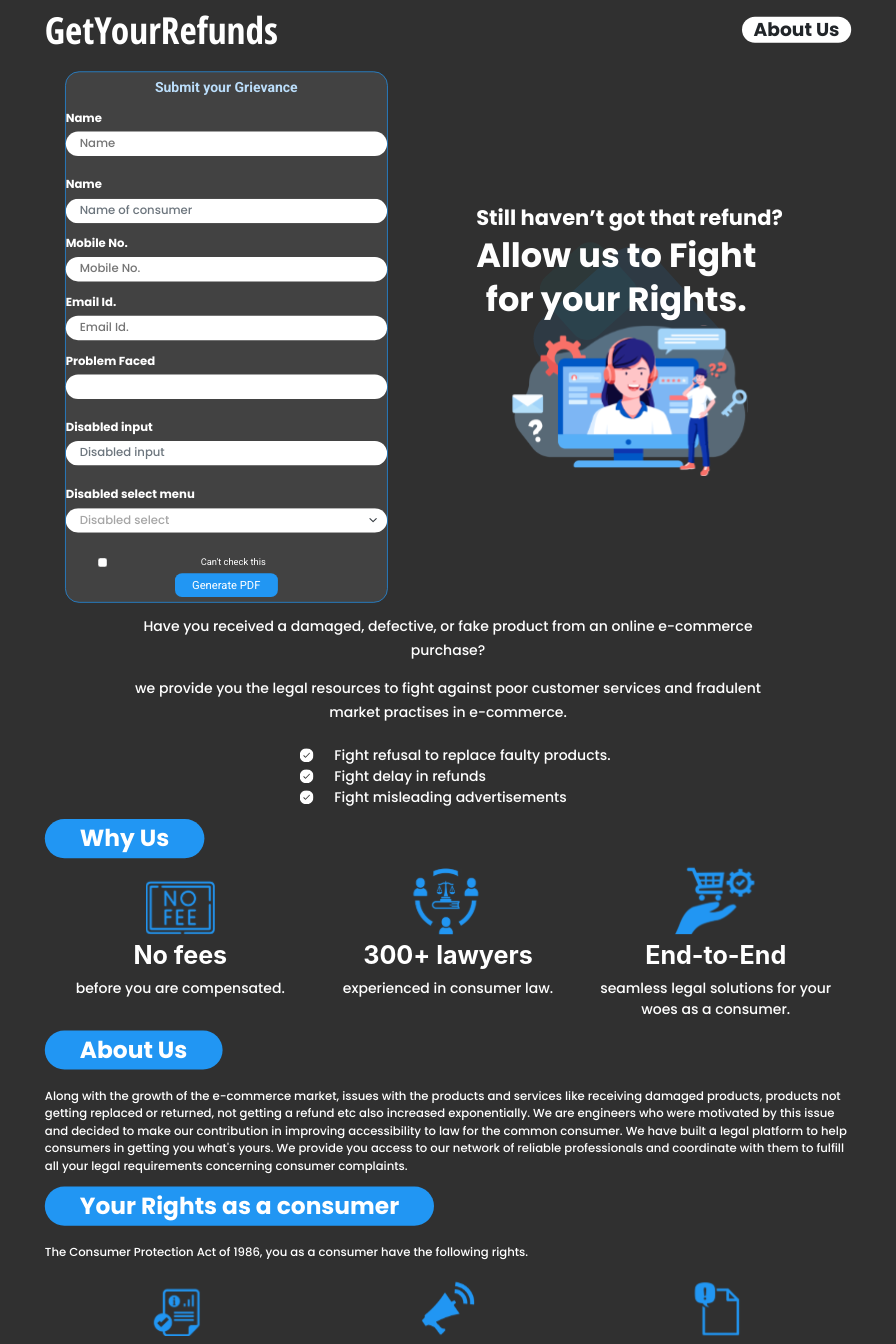
Repository: Eren00Yeager/initial-survey
Page: /consumer-complaints
An editor plug-in stored every save of this project. The page is shown before and after the next save, followed by the edit.
The browser window is 1280 px wide. The pictures show the part of the page from y = 0 to 1920 px (the page is 2980 px tall before and 2992 px after), at 70% of full size.
Some web fonts or font styles are not loaded; a fallback is used. The project was rebuilt for these pictures with package versions that can differ from the ones it lists, and the page was loaded fresh each time. The framework's server and built-in components were replaced by stand-ins that run in the browser. Also part of the build but not shown: next.config.js.

Above is the page before, as saved 2022-07-14 12:07:03.

### pages/consumer-complaints.jsx
import Head from "next/head";
import Image from "next/image";
import consumerStyles from "../styles/consumer.module.css";
import svg from "../pic/mark.svg";
import im from "../pic/i2.svg";
import i1 from "../pic/nofee.svg";
import i2 from "../pic/law.svg";
import i3 from "../pic/end2.svg";
import j1 from "../pic/info.svg";
import j2 from "../pic/heard.svg";
import j3 from "../pic/seek.svg";
import j4 from "../pic/free.svg";
import j5 from "../pic/safe.svg";
import a from "../pic/carrow.svg";
import f from "../pic/foot.svg";
import z1 from "../pic/in.svg";
import z2 from "../pic/tweet.svg";
import z3 from "../pic/mail.svg";
import { Col,Row,Form,Button,Accordion } from 'react-bootstrap';
import { useState,useEffect } from "react";


export default function consumer() {

    const [name, setName] = useState('');
    const [mobile, setMobile] = useState('');
    const [email, setEmail] = useState('');
    const [problem, setProblem] = useState('');
    const [error, seterror] = useState('');
    const [st, setst] = useState(false);
    const emailValidation = () => {
        const regex = /^(([^<>()[\]\.,;:\s@\"]+(\.[^<>()[\]\.,;:\s@\"]+)*)|(\".+\"))@(([^<>()[\]\.,;:\s@\"]+\.)+[^<>()[\]\.,;:\s@\"]{2,})$/i;
        if (!email || regex.test(email) === false) {

            seterror("Email is not valid");

            return false;
        }
        return true;
    }
    const submitHandler = async (e) => {
        e.preventDefault();

        console.log([name, mobile, email, problem])
        if (emailValidation()) {
            try {
                const response = await fetch("/api/consumersheet", {
                    method: "POST",
                    body: JSON.stringify({ name, mobile, email, problem }),
                    headers: {
                        'Content-Type': 'application/json',
                    },
                })
                if (await response.status == 201) {
                    setst(true)
                } else {
                    throw response.json()
                }


            } catch (e) {
                console.log(e)
                alert("There was an error in submitting\nPlease try again")
                setName('');
                setMobile('');
                setEmail('');
                setProblem('');
                setst(false);
            }
        }
    }

    const [windowSize, setWindowSize] = useState({
        width: "",
        height: "",
    });

    useEffect(() => {
        // only execute all the code below in client side
        if (typeof window !== 'undefined') {
            // Handler to call on window resize
            function handleResize() {
                // Set window width/height to state
                setWindowSize({
                    width: window.innerWidth,
                    height: window.innerHeight,
                });
            }

            // Add event listener
            window.addEventListener("resize", handleResize);

            // Call handler right away so state gets updated with initial window size
            handleResize();

            // Remove event listener on cleanup
            return () => window.removeEventListener("resize", handleResize);
        }
    }, []); // Empty array ensures that effect is only run on mount
    function handleScroll() {
        window.scroll({
            top: document.body.offsetHeight,
            left: 0,
            behavior: 'smooth',
        });
    }

    const thnk = (
        <div className={consumerStyles.tnk}>
            <div className={consumerStyles.thank}>Thank you for
                signing up with us.
                We will soon
                reach out to you.</div>
        </div>
    )
    const frm = (
        <Form className={consumerStyles.frm} onSubmit={submitHandler}>
            <div className={consumerStyles.grev}>
                Submit your Grievance
            </div>
            {/* <div className={consumerStyles.details}> */}
                <div className={consumerStyles.det}>
                    <div className={consumerStyles.nam}>Name</div>
                    <input type="text" placeholder="Name" className={consumerStyles.plc} value={name} required onChange={(e) => setName(e.target.value)}></input>
                </div>
                <Form.Group className={consumerStyles.det} controlId="formBasicEmail">
                    <Form.Label className={consumerStyles.nam}>Name</Form.Label>
                    <Form.Control className={consumerStyles.plc} type="text" placeholder="Name of consumer" />
                </Form.Group>
                <div className={consumerStyles.det}>
                    <div className={consumerStyles.nam}>Mobile No.</div>
                    <input type="text" placeholder="Mobile No." pattern="[0-9]{10}" className={consumerStyles.plc} required value={mobile} onChange={(e) => setMobile(e.target.value)}></input>
                </div>
                <div className={consumerStyles.det}>
                    <div className={consumerStyles.nam}>Email Id.</div>
                    <input type="text" placeholder="Email Id." className={consumerStyles.plc} value={email} required onChange={(e) => setEmail(e.target.value)}></input>
                    <div className={consumerStyles.err}>{error}</div>
                </div>
                <div className={consumerStyles.det}>
                    <div className={consumerStyles.nam}>Problem Faced</div>
                    <input type="text" placeholder="" className={consumerStyles.plc} value={problem} required onChange={(e) => setProblem(e.target.value)}></input>
                </div>
                <Form.Group  className={consumerStyles.det}>
        <Form.Label className={consumerStyles.nam}>Disabled input</Form.Label>
        <Form.Control className={consumerStyles.plc} placeholder="Disabled input" />
      </Form.Group>
      <Form.Group className="mb-3">
        <Form.Label className={consumerStyles.nam}>Disabled select menu</Form.Label>
        <Form.Select className={consumerStyles.plc}>
          <option>Disabled select</option>
          <option>dsafjn</option>
          <option>kskjdjnfojn</option>
        </Form.Select>
      </Form.Group>
      <Form.Group className={consumerStyles.terms} >
        <Form.Check type="checkbox" label="Can't check this" />
        <Button variant="primary" className={consumerStyles.sub} >
            Generate PDF
            </Button>
      </Form.Group>

            {/* </div> */}
            {/* <div className={consumerStyles.terms}>
                <input className={consumerStyles.sub} type="submit" value="SUBMIT"></input>
            </div> */}
    </Form>
    )
    return (
        <div className={consumerStyles.s}>
            <Head>
                <title>Consumer Complaints</title>
                <meta name="description" content="" />
                <link rel="icon" href="/favicon.ico" />
                <link href='https://fonts.googleapis.com/css?family=Open Sans Condensed:700' rel='stylesheet'></link>
            </Head>

            <div className={consumerStyles.container}>

                <div className={consumerStyles.head}>
                    <div className={consumerStyles.hd}>
                        GetYourRefunds
                    </div>

                    <div>
                        <a href="#about-us" className={consumerStyles.btn} onClick={handleScroll}>About Us</a>
                    </div>
                </div>
                <div className={consumerStyles.main}>

                    {st ? thnk : frm}
                    <div className={consumerStyles.tct}>
                        <div className={consumerStyles.py} style={windowSize.width > 900 ? {position:"relative",width:"32.552vw"} : {position:"relative",width:"250px"}} >
                            <Image src={im} layout="responsive"/>
                        </div>
                        <div className={consumerStyles.t1}>
                            <div className={consumerStyles.title}>
                                <div className={consumerStyles.title2}>
                                    Still haven’t got that refund?
                                </div>

                                <div className={consumerStyles.title1}>
                                    Allow us to Fight <br></br>for your Rights.
                                </div>
                            </div>
                        </div>

                    </div>

                </div>

                <div className={consumerStyles.fo}>

                    <div className={consumerStyles.mid}>
                        Have you received a damaged, defective, or fake product from an online e-commerce purchase?
                    </div>
                    <div className={consumerStyles.mid}>
                        we provide you the legal resources to fight against
                        poor customer services and fradulent market practises in
                        e-commerce.
                    </div>
                    <div className={consumerStyles.points}>
                        <div>
                            <div className={consumerStyles.p}>
                                <div className={consumerStyles.i}>
                                    <Image src={svg} />
                                </div>
                                <div className={consumerStyles.t}>
                                    Fight refusal to replace faulty products.
                                </div>
                            </div>
                            <div className={consumerStyles.p}>
                                <div className={consumerStyles.i}>
                                    <Image src={svg} />
                                </div>
                                <div className={consumerStyles.t}><div>Fight delay in refunds</div></div>
                            </div>
                            <div className={consumerStyles.p}>
                                <div className={consumerStyles.i}>
                                    <Image src={svg} />
                                </div>
                                <div className={consumerStyles.t}>
                                    Fight misleading advertisements
                                </div>
                            </div>
                        </div>
                    </div>

                </div>
                <div className={consumerStyles.sect}>
                    <div className={consumerStyles.sech}>Why Us</div>
                    <div className={consumerStyles.fwrap}>
                        <div className={consumerStyles.box}>
                            <div className={consumerStyles.bsvg} ><div style={windowSize.width > 900 ? {  width:"7.747vw",position:"relative"}:{  width:"30vw",position:"relative"}}><Image src={i1} layout="responsive"></Image></div></div>
                            <div className={consumerStyles.des}>
                                <span className={consumerStyles.des1}> No fees </span>
                                <span className={consumerStyles.des2}>before you are compensated.</span>
                            </div>
                        </div>
                        <div className={consumerStyles.box}>
                           <div className={consumerStyles.bsvg}> <div style={windowSize.width > 900 ?{ width:"12.240vw",position:"relative"}:{  width:"50vw",position:"relative"}}><Image src={i2} layout="responsive"></Image></div></div>
                            <div className={consumerStyles.des}>
                                <span className={consumerStyles.des1}>300+ lawyers </span>
                                <span className={consumerStyles.des2}>experienced in consumer law. </span>
                            </div>
                        </div>
                        <div className={consumerStyles.box}>
                            <div className={consumerStyles.bsvg}><div style={windowSize.width > 900 ?{ width:"13.477vw",position:"relative"}:{  width:"50vw",position:"relative"}}><Image src={i3} layout="responsive"></Image></div></div>
                            <div className={consumerStyles.des}>
                                <span className={consumerStyles.des1}>End-to-End</span>
                                <span className={consumerStyles.des2}>seamless legal solutions for your woes  as a consumer.</span>
                            </div>
                        </div>
                    </div>
                </div>
                <div className={consumerStyles.sect} id="about-us">
                    <div className={consumerStyles.sech}>About Us</div>
                    <div className={consumerStyles.abt}>Along with the growth of the e-commerce market, issues with the products and services like receiving damaged products, products not getting replaced or returned, not getting a refund etc also increased exponentially.  We are engineers who were motivated by this issue and decided to make our contribution in improving accessibility to law for the common consumer. We have built a legal platform to help consumers in getting you what's yours. We provide you access to our network of reliable professionals and coordinate with them to fulfill all your legal requirements concerning consumer complaints.   </div>
                </div>
                <div className={consumerStyles.sect}>
                    <div className={consumerStyles.sech}>Your Rights as a consumer</div>
                    <div className={consumerStyles.abt}>The Consumer Protection Act of  1986, you as a consumer have the following rights.</div>
                    <div className={consumerStyles.fwrap}>
                        <div className={consumerStyles.box}>
                        <div className={consumerStyles.bsvg} ><div style={windowSize.width > 900 ?{  width:"6.120vw",position:"relative"}:{  width:"30vw",position:"relative"}}><Image src={j1} layout="responsive"></Image></div></div>
                            <div className={consumerStyles.des}>
                                <span className={consumerStyles.des1}> Right to information </span>
                                <span className={consumerStyles.des2}>about the quality of goods and services</span>
                            </div>
                        </div>
                        <div className={consumerStyles.box}>
                        <div className={consumerStyles.bsvg} ><div style={windowSize.width > 900 ?{  width:"9.440vw",position:"relative"}:{  width:"50vw",position:"relative"}}><Image src={j2} layout="responsive"></Image></div></div>
                            <div className={consumerStyles.des}>
                                <span className={consumerStyles.des1}>Right to be heard </span>
                                <span className={consumerStyles.des2}>in matters concerning consumer interest </span>
                            </div>
                        </div>
                        <div className={consumerStyles.box}>
                        <div className={consumerStyles.bsvg} ><div style={windowSize.width > 900 ?{  width:"12.891vw",position:"relative"}:{  width:"70vw",position:"relative"}}><Image src={j3} layout="responsive"></Image></div></div>
                            <div className={consumerStyles.des}>
                                <span className={consumerStyles.des1}>Right to seek redressal</span>
                                <span className={consumerStyles.des2}> when rights are infringed</span>
                            </div>
                        </div>
                        <div className={consumerStyles.box}>
                        <div className={consumerStyles.bsvg} ><div style={windowSize.width > 900 ?{  width:"7.161vw",position:"relative"}:{  width:"30vw",position:"relative"}}><Image src={j4} layout="responsive"></Image></div></div>
                            <div className={consumerStyles.des}>
                                <span className={consumerStyles.des1}>Right to freely choose</span>
                                <span className={consumerStyles.des2}> from goods & services </span>
                            </div>
                        </div>
                        <div className={consumerStyles.box}>
                        <div className={consumerStyles.bsvg} ><div style={windowSize.width > 900 ?{  width:"8.594vw",position:"relative"}:{  width:"40vw",position:"relative"}}><Image src={j5} layout="responsive"></Image></div></div>
                            <div className={consumerStyles.des}>
                                <span className={consumerStyles.des1}>Right to safety</span>
                                <span className={consumerStyles.des2}> from hazardous goods & services</span>
                            </div>
                        </div>
                    </div>
                </div>
                <div className={consumerStyles.sect}>
                    <div className={consumerStyles.sech}>The Process</div>
                    <div className={consumerStyles.proc}>
                        <div className={consumerStyles.pr}>
                            <div className={consumerStyles.pu}>1) Inform us about your problem</div>
                            <div className={consumerStyles.pd}>Our legal advisory team will get in touch with you and collect the details regarding your issue.</div>
                        </div>
                       {windowSize.width > 900 ? <div style={{  width:"3.971vw",position:"relative"}}><Image src={a} layout="responsive"></Image></div> : ""}
                        <div className={consumerStyles.pr}>
                            <div className={consumerStyles.pu}>2) Filing a legal notice</div>
                            <div className={consumerStyles.pd}>Our legal team will then file a legal notice against the seller involved in the issue.</div>
                        </div>
                        {windowSize.width > 900 ? <div style={{  width:"3.971vw",position:"relative"}}><Image src={a} layout="responsive"></Image></div> : ""}
                        <div className={consumerStyles.pr}>
                            <div className={consumerStyles.pu}>3) Consumer Court</div>
                            <div className={consumerStyles.pd}>In case the company does not respond, our trusted network of lawyers will fight the case in consumer court and resolve the case.</div>
                        </div>

                    </div>
                </div>
                <div className={consumerStyles.sect}>
                    <div className={consumerStyles.sech}>FAQs</div>
                    <div className={consumerStyles.qa}>
                        <div className={consumerStyles.ques}>Q. What is the amount I have to pay to get my issue resolved?</div>
                        <div className={consumerStyles.ans}>A: You do not have to pay any fees upfront. A commission of 10% will be charged if we are successful in getting your issue resolved. This legal fees would also be compensated by the vendor against whom you are raising a complaint.</div>
                    </div>
                    <div className={consumerStyles.qa}>
                        <div className={consumerStyles.ques}>Q. How long does it take to resolve a consumer complaint ?</div>
                        <div className={consumerStyles.ans}>A: In some cases the company resolves the complaint within 15 days after they recieve the legal notice . If the company does not resolve the complaint, it may take on average 8-18 months to resolve the issue through consumer courts.</div>
                    </div>
                </div>
                <div className={consumerStyles.foot} >
                    <div className={consumerStyles.ab1}>
                        <div className={consumerStyles.ftxt}>GetYourRefunds</div>
                        <div className={consumerStyles.cprt}>© Copyright 2022</div>
                    </div>
                    <div className={consumerStyles.ab2}>
                        <a href="https://www.linkedin.com/company/getyourrefund/" style={windowSize.width > 900 ? { width: '3.255vw', position: 'relative' } : { width: '20vw', position: 'relative' }}><Image src={z1} layout='responsive'></Image></a>
                        <a href="https://twitter.com/getyourrefunds" style={windowSize.width > 900 ? { width: '3.255vw', position: 'relative' }: { width: '20vw', position: 'relative' }}><Image src={z2} layout='responsive'></Image></a>
                        <a href="mailto:getyourrefunds@gmail.com" style={windowSize.width > 900 ? { width: '3.255vw', position: 'relative' }: { width: '20vw', position: 'relative' }}><Image src={z3} layout='responsive'></Image></a>

                    </div>
                    {windowSize.width > 900 ? <div style={{ width: '100%', position: 'relative' }}>
                        <Image src={f} layout='responsive'></Image>
                    </div> : ""}

                </div>
            </div>
        </div>

    );
}

### styles/globals.scss
@import "~bootstrap/scss/bootstrap";
html,
body {
  padding: 0;
  margin: 0;
  font-family: -apple-system, BlinkMacSystemFont, Segoe UI, Roboto, Oxygen,
    Ubuntu, Cantarell, Fira Sans, Droid Sans, Helvetica Neue, sans-serif;
}

a {
  color: inherit;
  text-decoration: none;
}

* {
  box-sizing: border-box;
}

Loaded but not shown: pages/_app.js (common file); styles/consumer.module.css (969 lines, source omitted)

After the next save:
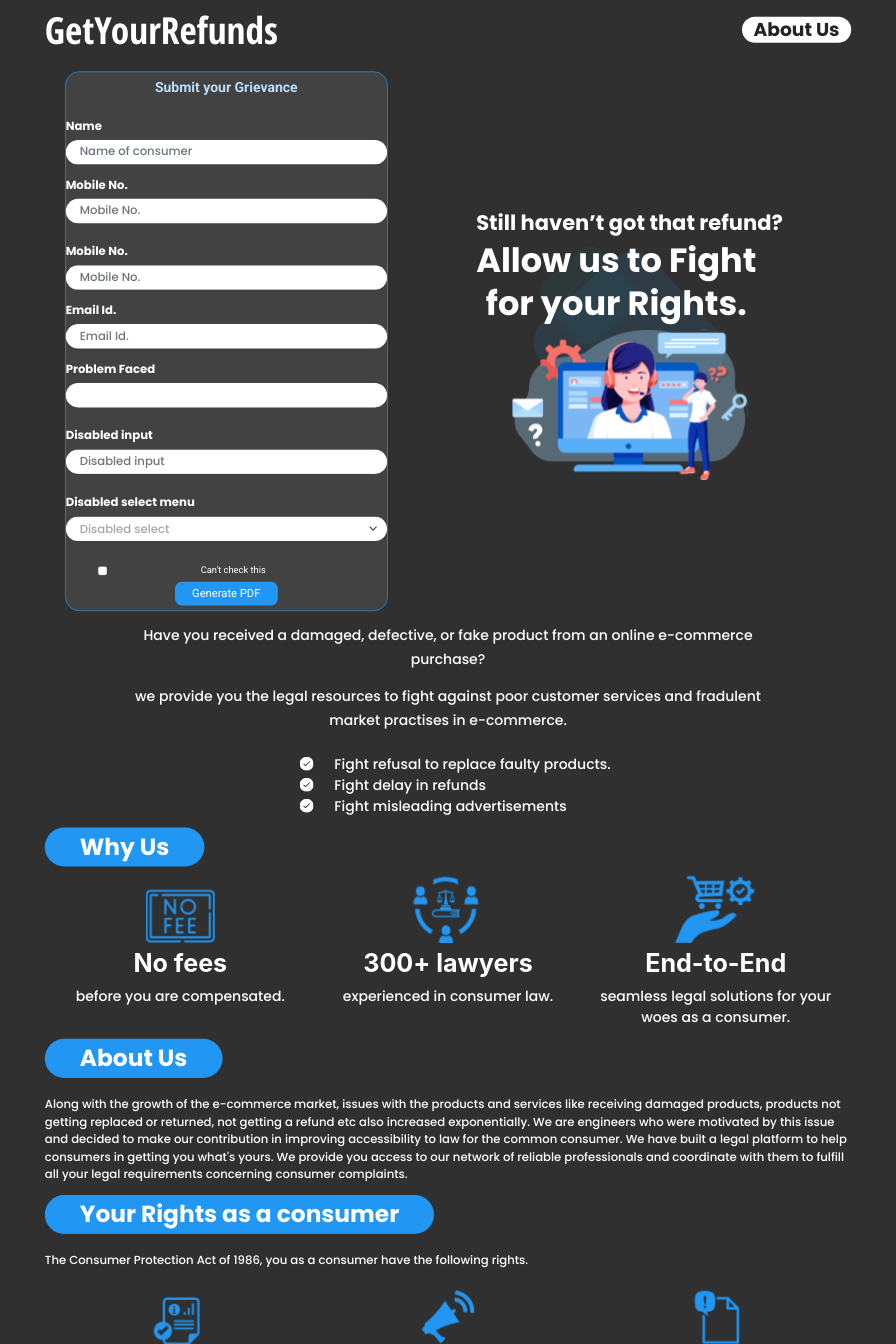
Saved 4 min 56 s later.
--- a/pages/consumer-complaints.jsx
+++ b/pages/consumer-complaints.jsx
@@ -119,11 +119,8 @@ export default function consumer() {
                 Submit your Grievance
             </div>
             {/* <div className={consumerStyles.details}> */}
-                <div className={consumerStyles.det}>
-                    <div className={consumerStyles.nam}>Name</div>
-                    <input type="text" placeholder="Name" className={consumerStyles.plc} value={name} required onChange={(e) => setName(e.target.value)}></input>
-                </div>
-                <Form.Group className={consumerStyles.det} controlId="formBasicEmail">
+
+                <Form.Group className={consumerStyles.det}>
                     <Form.Label className={consumerStyles.nam}>Name</Form.Label>
                     <Form.Control className={consumerStyles.plc} type="text" placeholder="Name of consumer" />
                 </Form.Group>
@@ -131,6 +128,10 @@ export default function consumer() {
                     <div className={consumerStyles.nam}>Mobile No.</div>
                     <input type="text" placeholder="Mobile No." pattern="[0-9]{10}" className={consumerStyles.plc} required value={mobile} onChange={(e) => setMobile(e.target.value)}></input>
                 </div>
+                <Form.Group className={consumerStyles.det} >
+                    <Form.Label className={consumerStyles.nam}>Mobile No.</Form.Label>
+                    <Form.Control className={consumerStyles.plc} type="Mobile No." pattern="[0-9]{10}" placeholder="Mobile No." />
+                </Form.Group>
                 <div className={consumerStyles.det}>
                     <div className={consumerStyles.nam}>Email Id.</div>
                     <input type="text" placeholder="Email Id." className={consumerStyles.plc} value={email} required onChange={(e) => setEmail(e.target.value)}></input>
